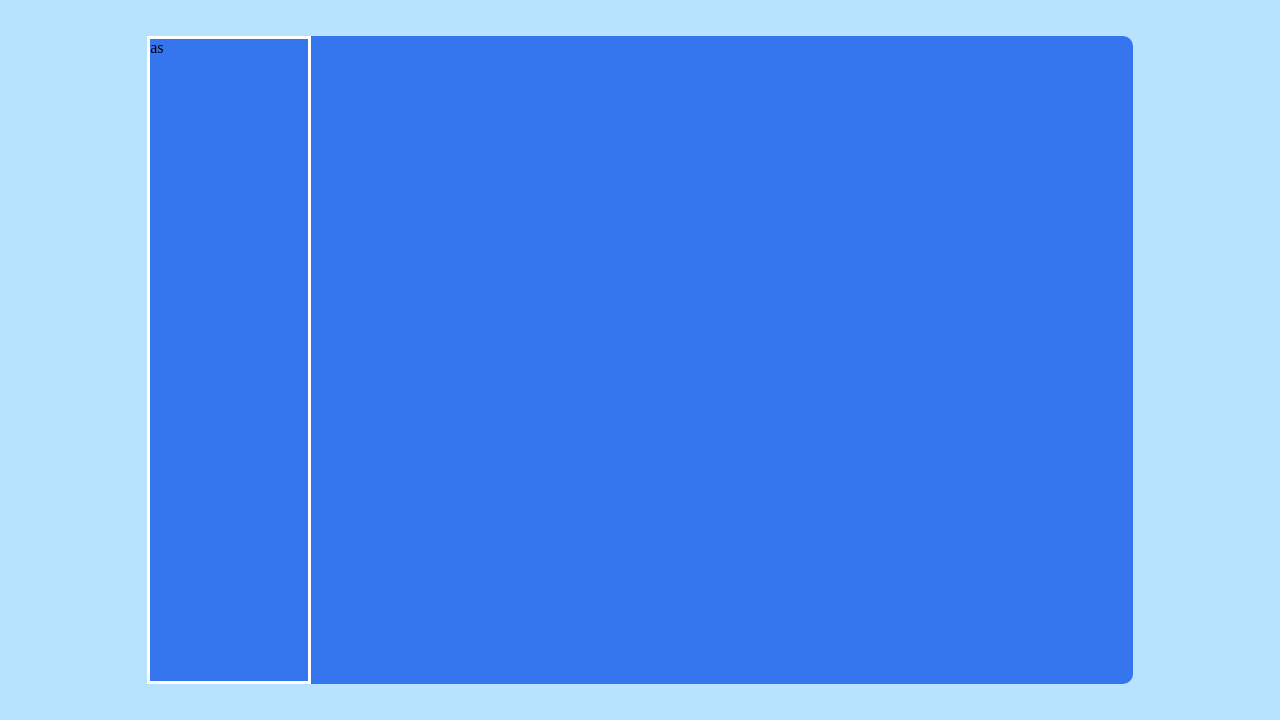
Repository: arafat877/super-chat
Page: /
An editor plug-in stored every save of this project. The page is shown before and after a run of saves, followed by the edit.
The browser window is 1280 px wide. The pictures show the whole page.
The project was rebuilt for these pictures with package versions that can differ from the ones it lists, and the page was loaded fresh each time. Also part of the build but not shown: src/App.scss.

Above is the page before, as saved 2020-08-05 14:04:25.

### public/index.html
<!DOCTYPE html>
<html lang="en">
  <head>
    <meta charset="utf-8" />
    <meta name="viewport" content="width=device-width, initial-scale=1" />
    <meta name="theme-color" content="#000000" />
    <meta
      name="description"
      content="Chat application with node.js, express, react.js, mongoDb and socket.io"
    />
    <link rel="stylesheet" href="styles.css">
    <link rel="stylesheet" href="https://fonts.googleapis.com/css?family=Roboto:300,400,500,700&display=swap" />

    <title>Super Chat</title>
  </head>
  <body>
    <noscript>You need to enable JavaScript to run this app.</noscript>
    <div id="root"></div>
  </body>
</html>

### src/App.js
import React from "react";
import "./App.scss";
import { Container, Grid, Paper } from "@material-ui/core";
import { makeStyles } from "@material-ui/core/styles";
import {
  Message,
  GroupWork,
  Chat,
  Palette,
  Settings,
  PeopleAlt,
} from "@material-ui/icons";

const useStyles = makeStyles((theme) => ({
  container: {
    backgroundColor: "#b7e3fe",
    height: "100vh",
    display: "flex",
  },
  innerContainer: {
    backgroundColor: "#3576ef",
    margin: "auto",
    height: "90%",
    width: "80%",
    borderRadius: "10px",
  },
  column1: {
    border:'solid white'
  }
}));

function App() {
  const classes = useStyles();

  return (
    <Container className={classes.container}>
      <Grid container containerer className={classes.innerContainer}>
        <Grid item className={classes.column1} xs={2}>
          as
        </Grid>
      </Grid>
    </Container>
  );
}

export default App;

Loaded but not shown: src/index.js (common file); public/styles.css (common file)

After the next 2 saves:
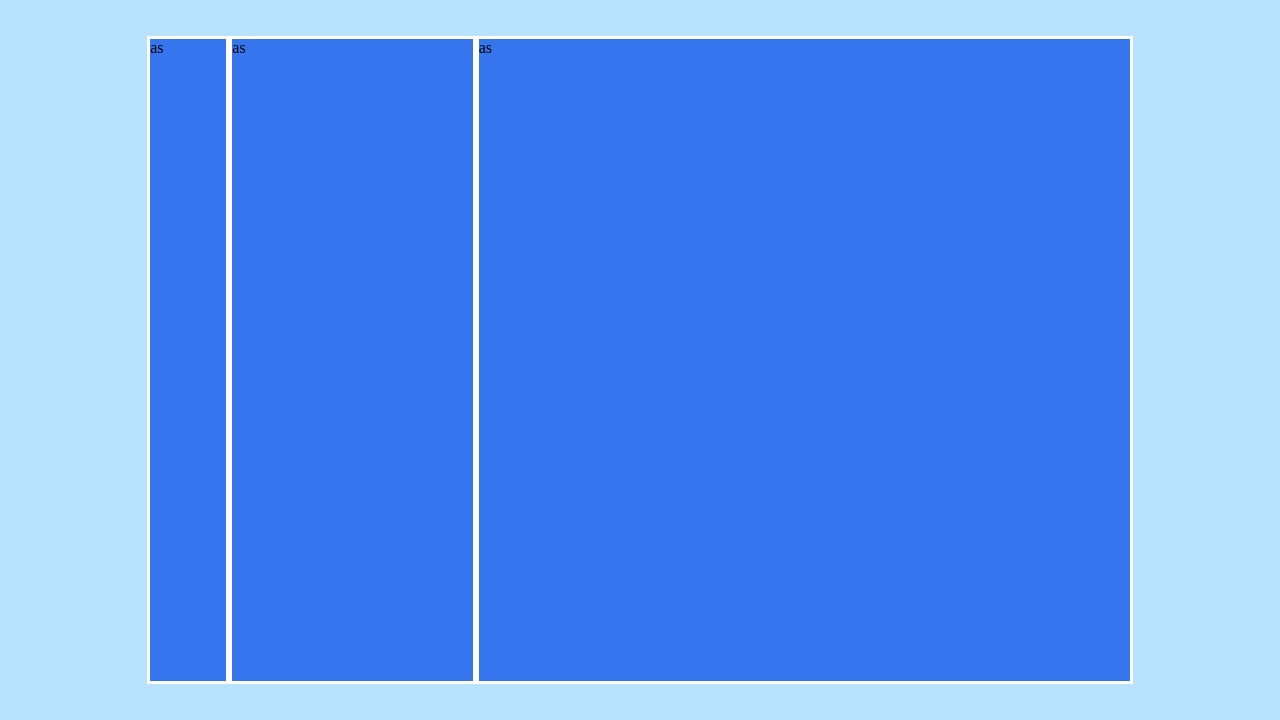
The 2 saves are shown as one change because 1 did not build or start.
The last was saved 50 s later.
--- a/src/App.js
+++ b/src/App.js
@@ -26,6 +26,12 @@ const useStyles = makeStyles((theme) => ({
   },
   column1: {
     border:'solid white'
+  },
+  column2: {
+    border:'solid white'
+  },
+  column3: {
+    border:'solid white'
   }
 }));
 
@@ -35,7 +41,13 @@ function App() {
   return (
     <Container className={classes.container}>
       <Grid container containerer className={classes.innerContainer}>
-        <Grid item className={classes.column1} xs={2}>
+        <Grid item className={classes.column1} xs={1}>
+          as
+        </Grid>
+        <Grid item className={classes.column2} xs={3}>
+          as
+        </Grid>
+        <Grid item className={classes.column3} xs={8}>
           as
         </Grid>
       </Grid>
